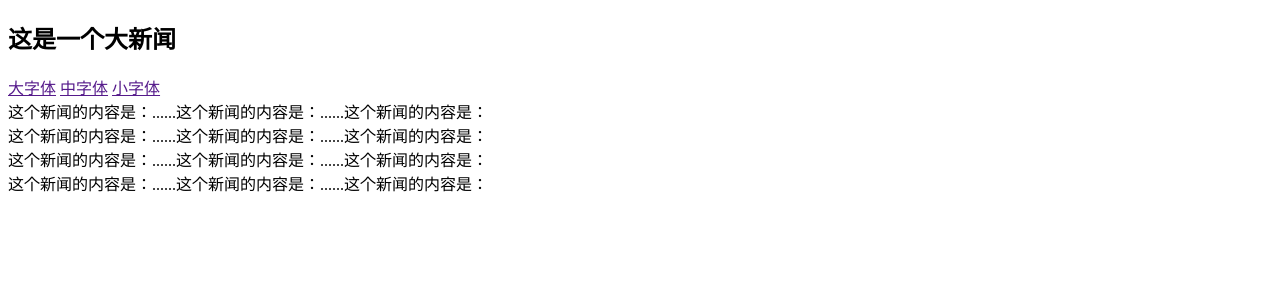
Repository: tangchengjingwen/javaLearningCode
Page: javaLearningCode/day31_html/demo_news.html
These files come from the project's save history. The page is drawn as it stood at one moment and after the next save; the edit follows.
The browser window is 1280 px wide. The pictures show the whole page.

Above is the page before, as saved 2012-05-15 07:00:53.

After the next save:
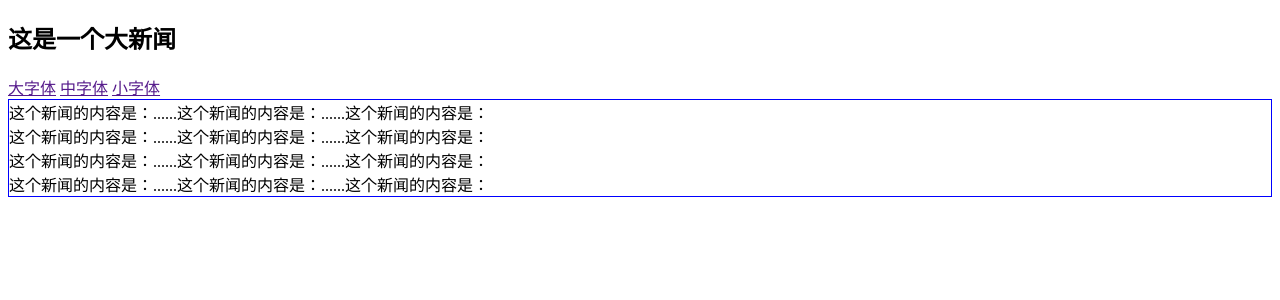
Saved 36 s later.
--- a/javaLearningCode/day31_html/demo_news.html
+++ b/javaLearningCode/day31_html/demo_news.html
@@ -5,7 +5,7 @@
 		<title>Untitled Document</title>
 		<style type="text/css">
 
-
+			#newstext{border:#0000ff 1px solid;}
 		</style>
 	</head>
 	<body>
